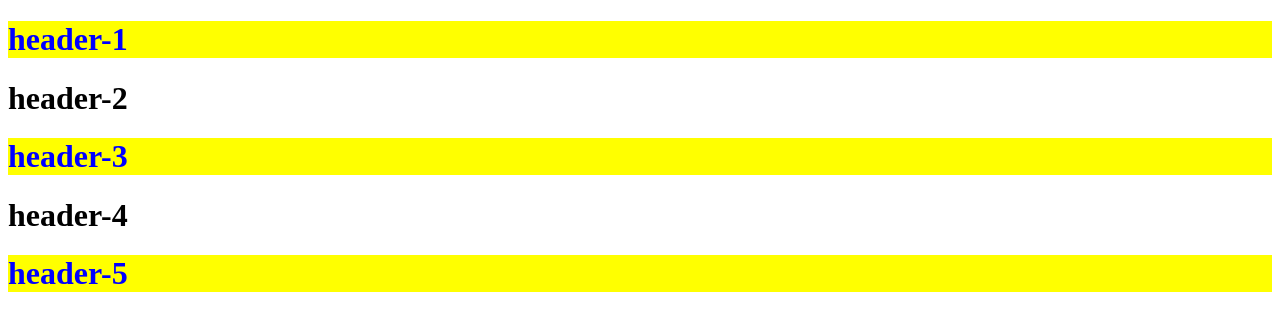
Repository: KYJIN1024/kic_jquery
Page: http://localhost/JQueryEx01/jquery29.jsp
An editor plug-in stored every save of this project. The page is shown before and after the next save, followed by the edit.
The browser window is 1280 px wide. The pictures show the whole page.
The page is served by Tomcat 9.

Above is the page before, as saved 2023-05-16 00:33:24.

### JQueryEx01/src/main/webapp/jquery29.jsp
<%@ page language="java" contentType="text/html; charset=UTF-8"
    pageEncoding="UTF-8"%>
<!DOCTYPE html>
<html>
<head>
<meta charset="UTF-8">
<title>Insert title here</title>


<script src="https://ajax.googleapis.com/ajax/libs/jquery/3.6.4/jquery.min.js"></script>
<script>
	$( document ).ready( function() {
		//$('h1:even').css('color','red');
		$( 'h1' ).filter( ':even' ).css({
			color:'blue',
			backgroundColor:'yellow'
		});
	});
</script>
</head>
<body>
	<h1>header-1</h1>
	<h1>header-2</h1>
	<h1>header-3</h1>
	<h1>header-4</h1>
	<h1>header-5</h1>

</body>
</html>

After the next save:
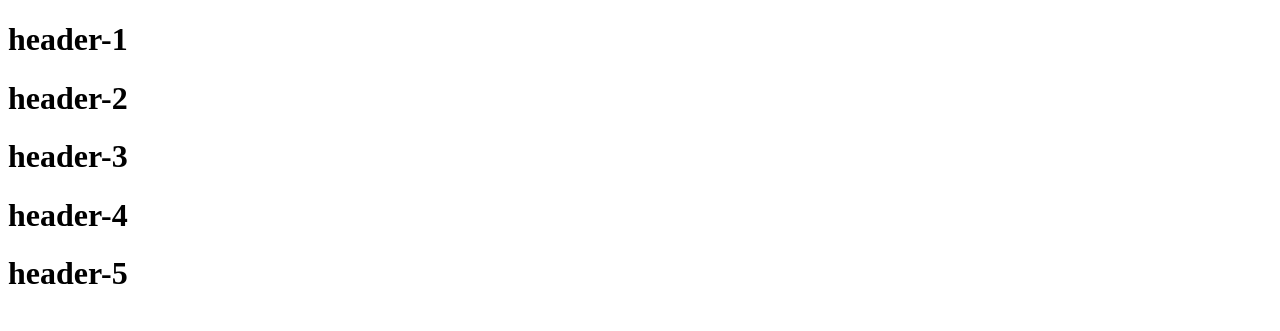
Saved 61 s later.
--- a/JQueryEx01/src/main/webapp/jquery29.jsp
+++ b/JQueryEx01/src/main/webapp/jquery29.jsp
@@ -11,10 +11,13 @@
 <script>
 	$( document ).ready( function() {
 		//$('h1:even').css('color','red');
-		$( 'h1' ).filter( ':even' ).css({
-			color:'blue',
-			backgroundColor:'yellow'
-		});
+		//$( 'h1' ).filter( ':even' ).css({
+		//	color:'blue',
+		//	backgroundColor:'yellow'
+		//});
+
+		const h1 = $( 'h1' );
+		console.log( h1 );
 	});
 </script>
 </head>
